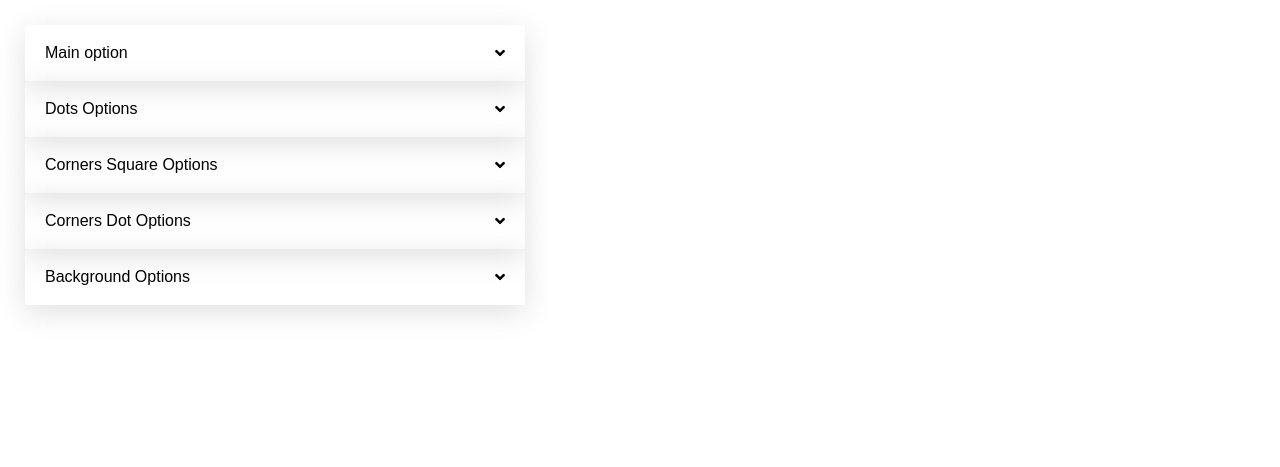
Repository: kip310/qr-code-js-club
Page: index.html
These files come from the project's save history. The page is drawn as it stood at one moment and after the next save; the edit follows.
The browser window is 1280 px wide. The pictures show the whole page.

Above is the page before, as saved 2025-02-12 13:28:24.

After the next save:
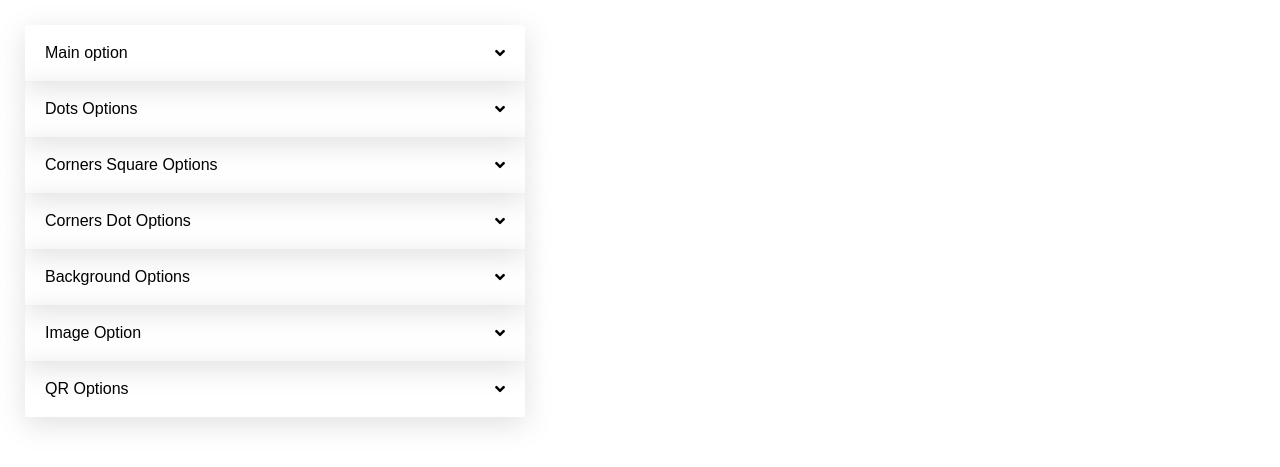
Saved 6 min 8 s later.
--- a/index.html
+++ b/index.html
@@ -244,10 +244,61 @@
                             <div class="backgroundOptionsHelper.colorType.gradient" style="visibility: hidden; height: 0">
                                 <input node="backgroundOptionsHelper.gradient.rotation" id="form-background-gradient-rotation" type="number" min="0" max="360" value="0"/>
                             </div>
-
-
-        </div>
-      </div>
+                        </div>
+                    </div>
+
+                    <div class="accordion-header">
+                        <span>Image Option</span>
+                        <i class="fa fa-angle-down icon"></i>
+                    </div>
+                    <div class="accordion-content">
+                        <div class="accordion-content-inner">
+                            <label for="form-hide-background-dots">Hide Background Dots</label>
+                            <div>
+                                <input node="imageOptions.hideBackgroundDots" node-data-field="checked" id="form-hide-background-dots" type="checkbox" checked/>
+                            </div>
+                            <label for="form-image-size">Image Size</label>
+                            <div>
+                                <input node="imageOptions.imageSize" id="form-image-size" type="number" min="0" max="1" step="0.1" value="0.4"/>
+                            </div>
+                            <label for="form-image-margin">Margin</label>
+                            <div>
+                                <input node="imageOptions.margin" id="form-image-margin" type="number" min="0" max="10000" value="0"/>
+                            </div>
+                        </div>
+                    </div>
+
+                    <div class="accordion-header">
+                        <span>QR Options</span>
+                        <i class="fa fa-angle-down icon"></i>
+                    </div>
+                    <div class="accordion-content">
+                        <div class="accordion-content-inner">
+                            <label for="form-qr-type-number">Type Number</label>
+                            <div>
+                                <input node="qrOptions.typeNumber" id="form-qr-type-number" type="number" min="0" max="40" value="0"/>
+                            </div>
+                            <label for="form-qr-mode">Mode</label>
+                            <div>
+                                <select node="qrOptions.mode" id="form-qr-mode">
+                                    <option value="Numeric">Numeric</option>
+                                    <option value="Alphanumeric">Alphanumeric</option>
+                                    <option value="Byte" selected>Byte</option>
+                                    <option value="Kanji">Kanji</option>
+                                </select>
+                            </div>
+                            <label for="form-qr-error-correction-level">Error Correction Level</label>
+                            <div>
+                                <select node="qrOptions.errorCorrectionLevel" id="form-qr-error-correction-level">
+                                    <option value="L">L</option>
+                                    <option value="M">M</option>
+                                    <option value="Q" selected>Q</option>
+                                    <option value="H">H</option>
+                                </select>
+                            </div>
+                        </div>
+
+                    </div>
     </div>
       <script src="./hehe.js"></script>
 </body>
